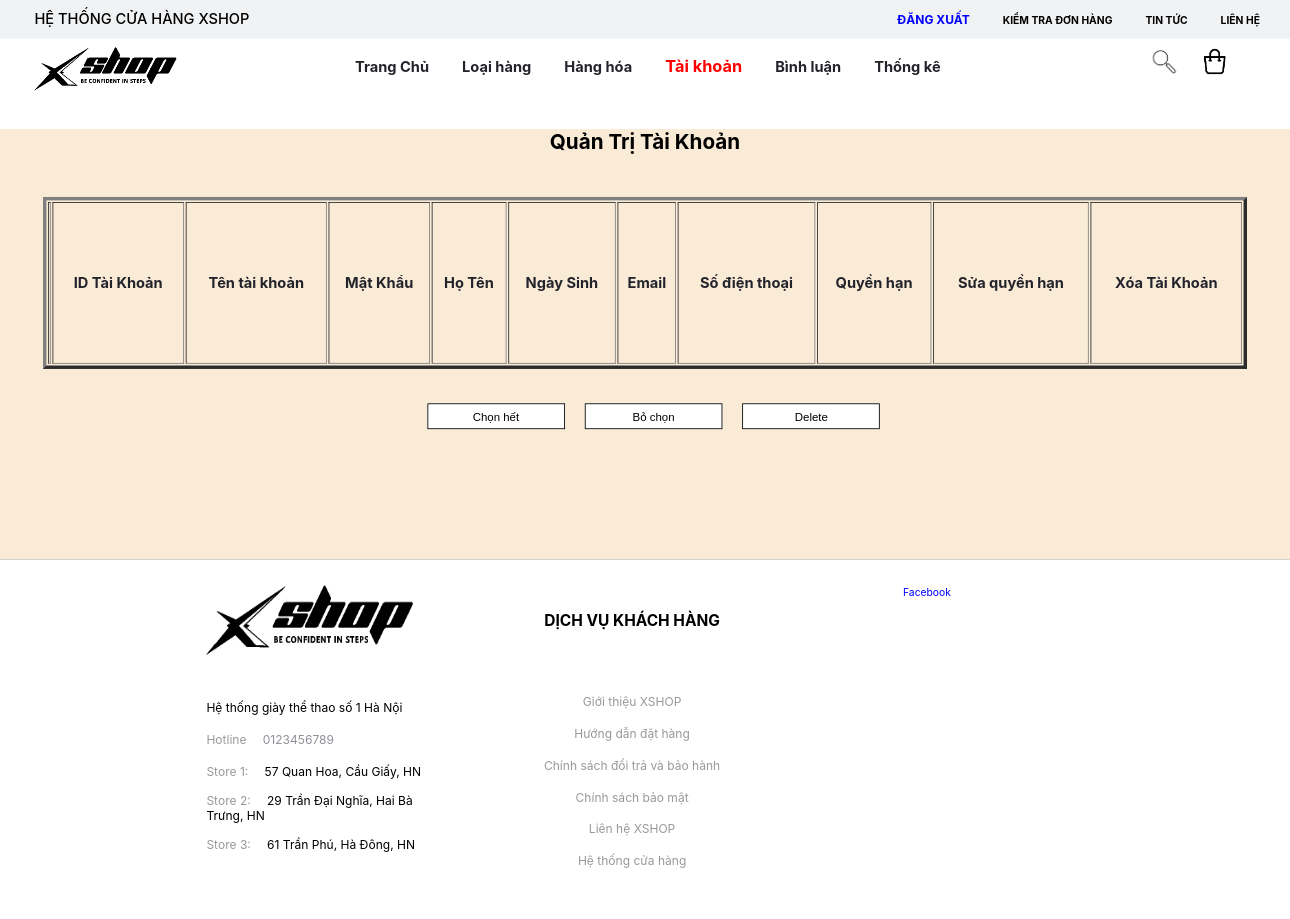
Repository: tienaq123/dam
Page: http://localhost/ass/ad/quantritaikhoan.php
An editor plug-in stored every save of this project. The page is shown before and after the next save, followed by the edit.
The browser window is 1280 px wide. The page is 1500 px wide, so the pictures cover 1500 px, including what lies to the right of the window. The pictures show the whole page, at 86% of full size.
The page is run by PHP 8.4 with error messages shown; the project is at /var/www/html/. Queries for data that is not in the repository find no rows.

Above is the page before, as saved 2021-10-22 05:20:59.

After the next save:
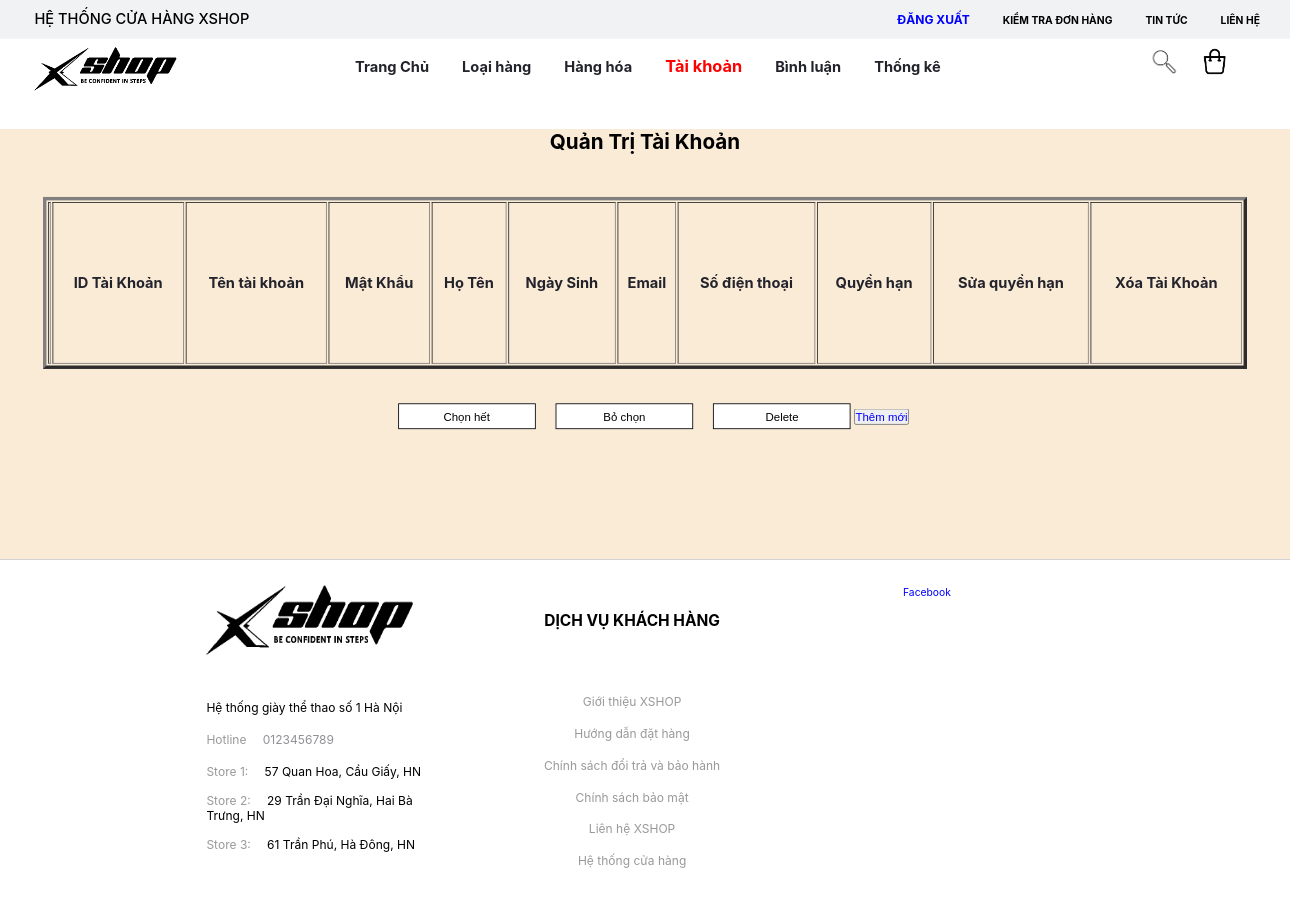
Saved 56 s later.
--- a/ad/quantritaikhoan.php
+++ b/ad/quantritaikhoan.php
@@ -94,6 +94,7 @@
             <input style="background-color: #fff; width: 160px; height: 30px; margin:40px 0px 20px 20px; border: 1px solid #000; cursor:pointer;" type="button" id="btn1" value="Chọn hết" />
             <input style="background-color: #fff; width: 160px; height: 30px; margin:40px 0px 20px 20px; border: 1px solid #000; cursor:pointer;" type="button" id="btn2" value="Bỏ chọn" />
             <input style="background-color: #fff; width: 160px; height: 30px; margin:40px 0px 20px 20px; border: 1px solid #000; cursor:pointer;" type="button" id="btn" value="Delete" />
+            <button><a href="dangky.php">Thêm mới</a></button>
             <script language="javascript">
                 // Chức năng chọn hết
                 document.getElementById("btn1").onclick = function() {
